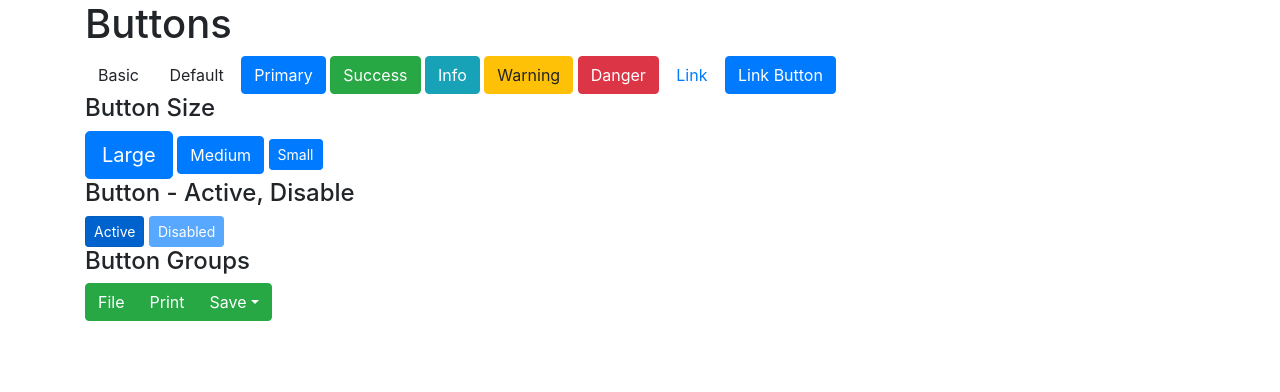
Repository: Junhee1412/front_end_practice
Page: jquery, bootstrap/js05_bootstrap/public/js04_buttons.html
An editor plug-in stored every save of this project. The page is shown before and after the next save, followed by the edit.
The browser window is 1280 px wide. The pictures show the whole page.

Above is the page before, as saved 2022-11-16 01:52:58.

After the next save:
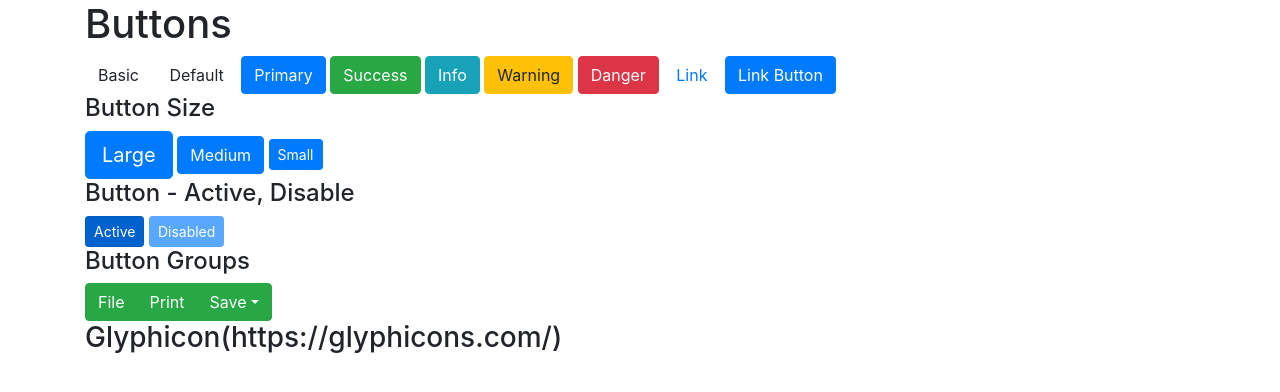
Saved 72 s later.
--- a/jquery, bootstrap/js05_bootstrap/public/js04_buttons.html
+++ b/jquery, bootstrap/js05_bootstrap/public/js04_buttons.html
@@ -44,9 +44,10 @@
 						<a href="#" class="dropdown-item">Save As</a>
 						<a href="#" class="dropdown-item">Save All</a>
 					</div>
-
 			</div>
 		</div>
+		<br/>
+		<h3>Glyphicon(https://glyphicons.com/)</h3>
 	</div>
 </body>
 </html>
